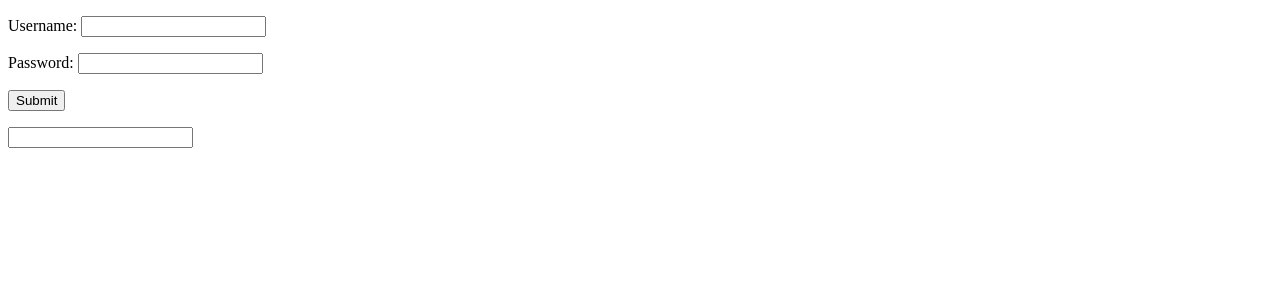
Repository: Jtho28/4830-group-project
Page: Esports-webproj/src/main/webapp/WEB-INF/Login.html
An editor plug-in stored every save of this project. The page is shown before and after the next save, followed by the edit.
The browser window is 1280 px wide. The pictures show the whole page.

Above is the page before, as saved 2022-11-16 20:25:24.

After the next save:
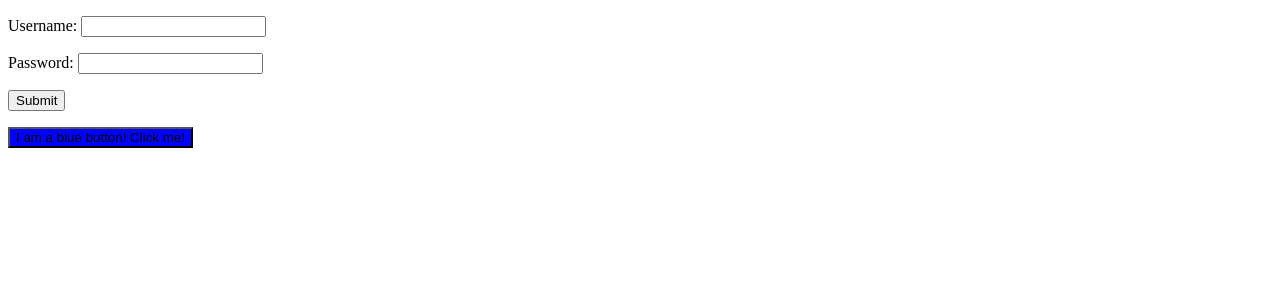
Saved 2 min 30 s later.
--- a/Esports-webproj/src/main/webapp/WEB-INF/Login.html
+++ b/Esports-webproj/src/main/webapp/WEB-INF/Login.html
@@ -9,7 +9,9 @@
 <p>Username: <input type="text" name="username" /></p>
 <p>Password: <input type="text" name="password" /></p>
 <p><input type="submit" /></p>
-<p><input type="create account" /></p>
+<p><button style="background-color: blue;" type="button">
+I am a blue button! Click me!
+</button>
 </form>
 </body>
 </html>
